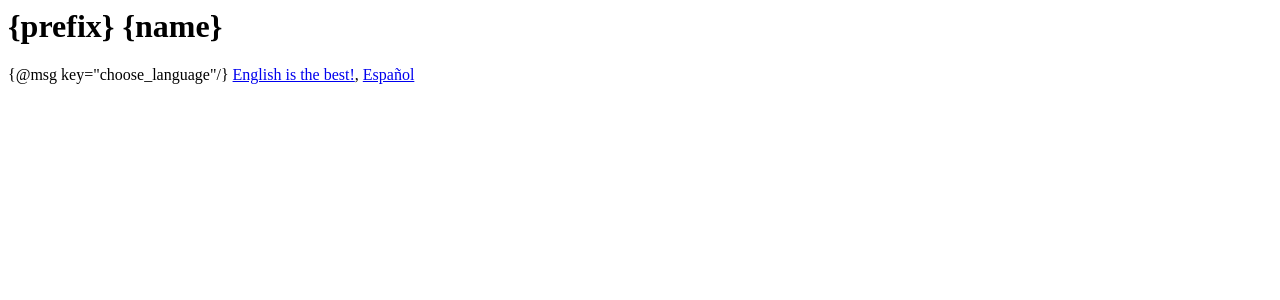
Repository: jeffwilsonatmm/Test-1
Page: Lavaca-1.0.5/src/templates/helloName.html
The author's editor kept a copy of each file at every save. The page is drawn from the files as they stood at one save, then again after the next save.
The browser window is 1280 px wide. The pictures show the whole page.

Above is the page before, as saved 2013-01-03 15:13:12.

### Lavaca-1.0.5/src/templates/helloName.html
<h1>{prefix} {name}</h1>
<p>
  {@msg key="choose_language"/} <a href="/lang?locale=en_US">English is the best!</a>, <a href="/lang?locale=es_MX">Español</a>
</p>

After the next save:
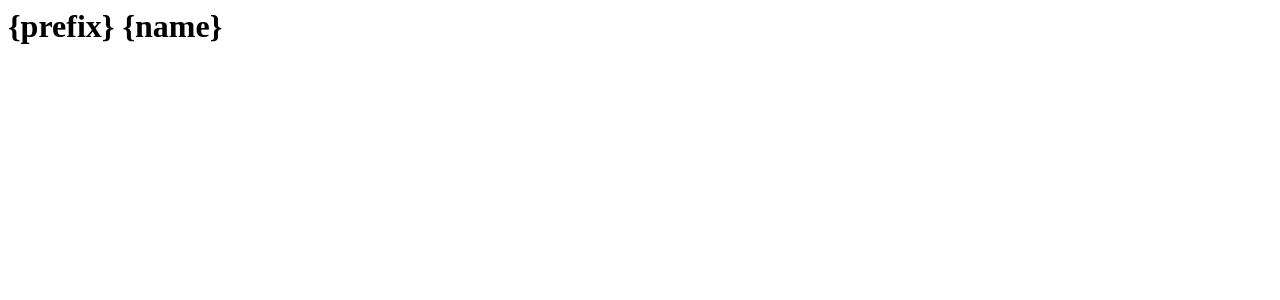
Saved 5 s later.
--- a/Lavaca-1.0.5/src/templates/helloName.html
+++ b/Lavaca-1.0.5/src/templates/helloName.html
@@ -1,4 +1 @@
 <h1>{prefix} {name}</h1>
-<p>
-  {@msg key="choose_language"/} <a href="/lang?locale=en_US">English is the best!</a>, <a href="/lang?locale=es_MX">Español</a>
-</p>
